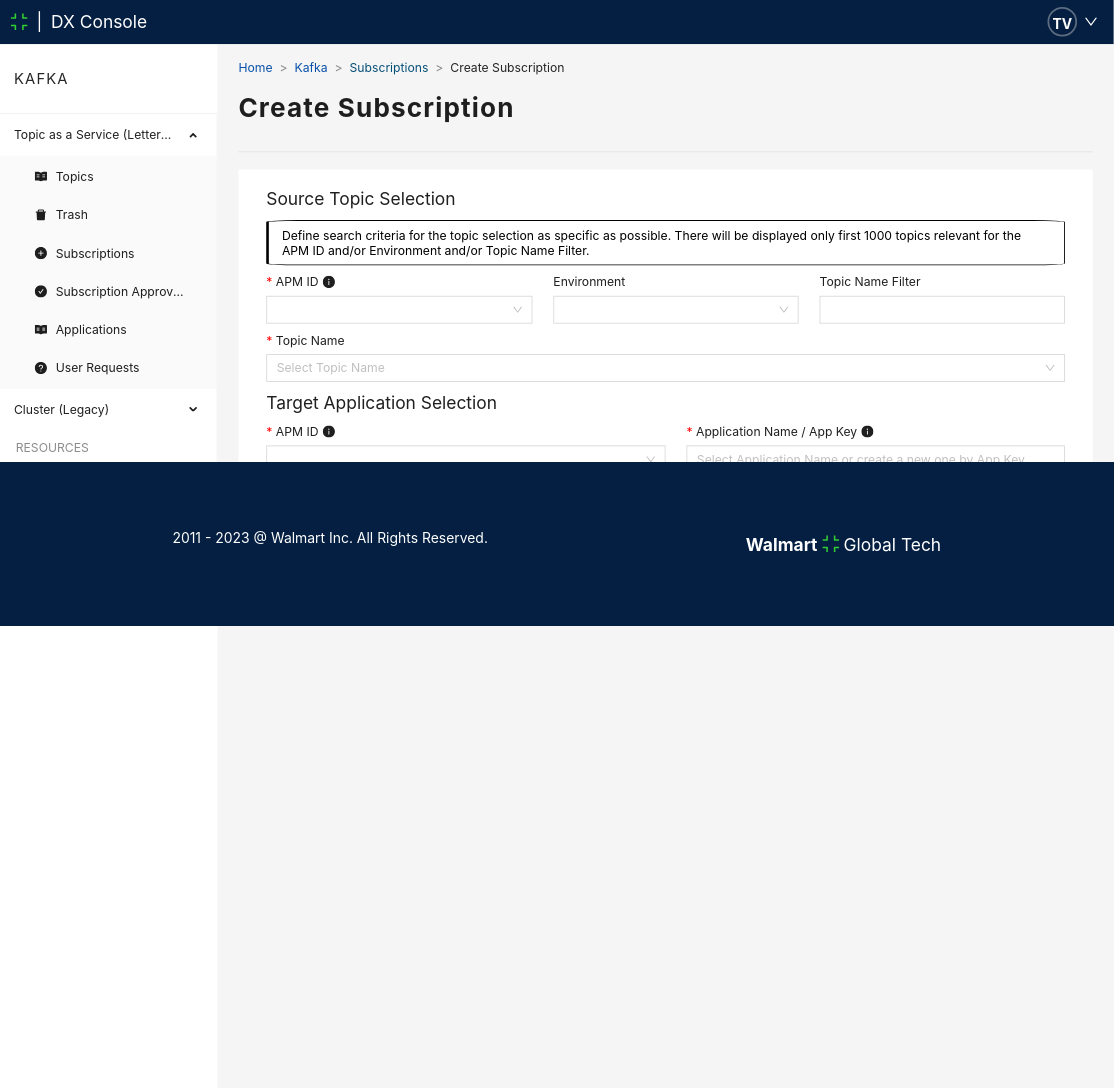
Repository: Qianying-Chai/kafka
Page: /kafka/subscriptions_active_tab=nonProxy/create-non-proxy
The author's editor kept a copy of each file at every save. The page is drawn from the files as they stood at one save, then again after a run of saves.
The browser window is 1280 px wide. The pictures show the whole page, at 87% of full size.
The project was rebuilt for these pictures with package versions that can differ from the ones it lists, and the page was loaded fresh each time. Also part of the build but not shown: src/pages/Components/ComponentsTable.jsx, src/pages/Components/ComponentsInput.jsx, src/pages/Components/ComponentsPagination.jsx, src/pages/Taas/Topics/Topics.jsx, src/pages/Taas/Topics/CreateTopics/Form/DetailsForm.jsx, src/pages/Taas/Topics/CreateTopics/CreateTopic.jsx, src/pages/Taas/Trash/Style/Trash.css, src/pages/Taas/Trash/Trash.jsx and 12 more.

Above is the page before, as saved 2024-01-15 20:22:00.

After the next 2 saves:
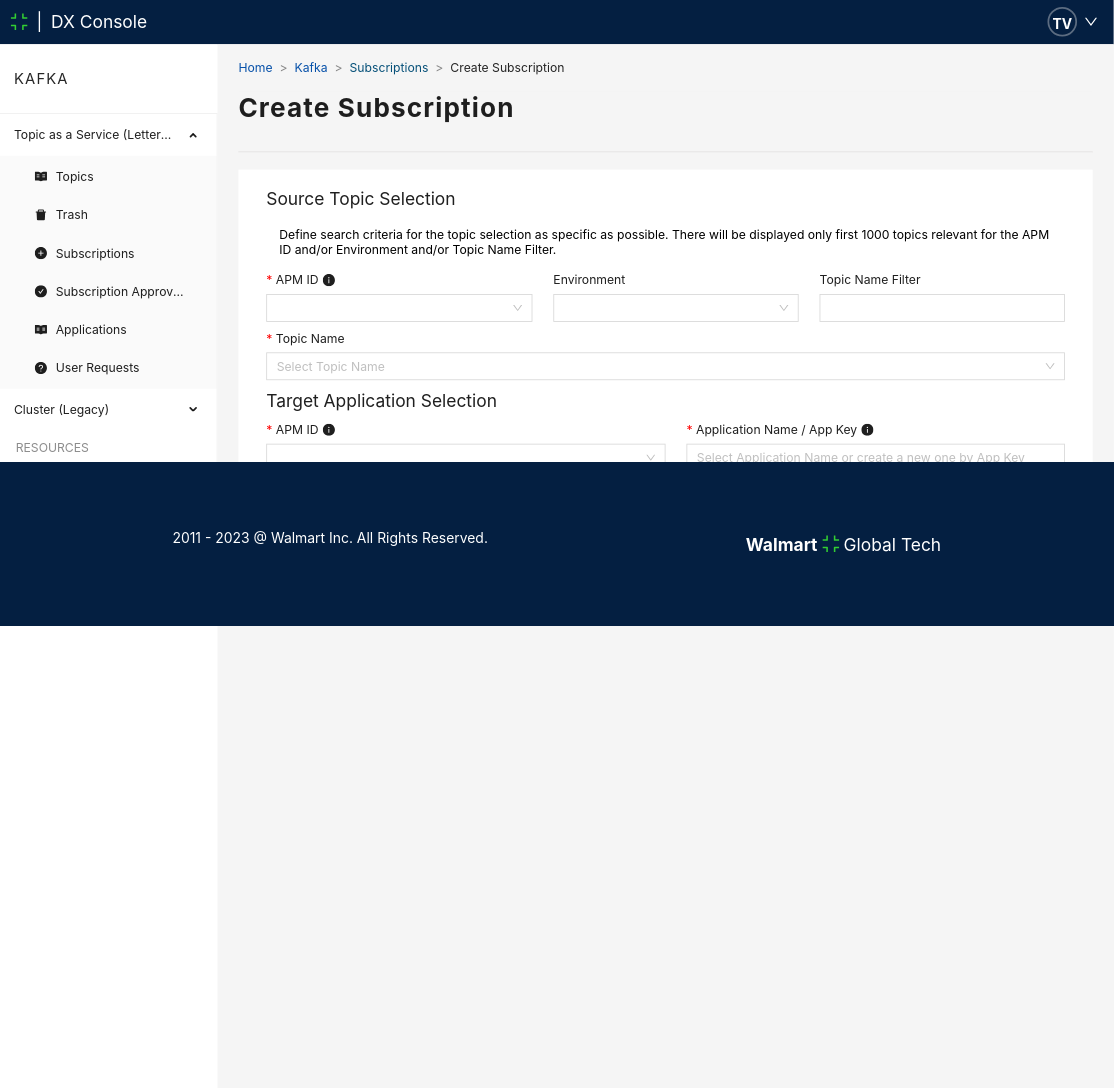
The 2 saves are shown as one change because they came seconds apart.
The last was saved 6 min 47 s later.
--- a/src/pages/Taas/Subscriptions/Style/CreateSubscriptionNonproxy.css
+++ b/src/pages/Taas/Subscriptions/Style/CreateSubscriptionNonproxy.css
@@ -4,8 +4,8 @@
 }
 
 .bordered-content {
-  border: 1px solid black;
-  border-left: 3px solid black;
+  border-width: 1px 1px 1px 4px;
+  /* border-left: 3px solid black; */
   padding: 8px 15px;
   margin: 10px 0px;
   border-radius: 4%;
